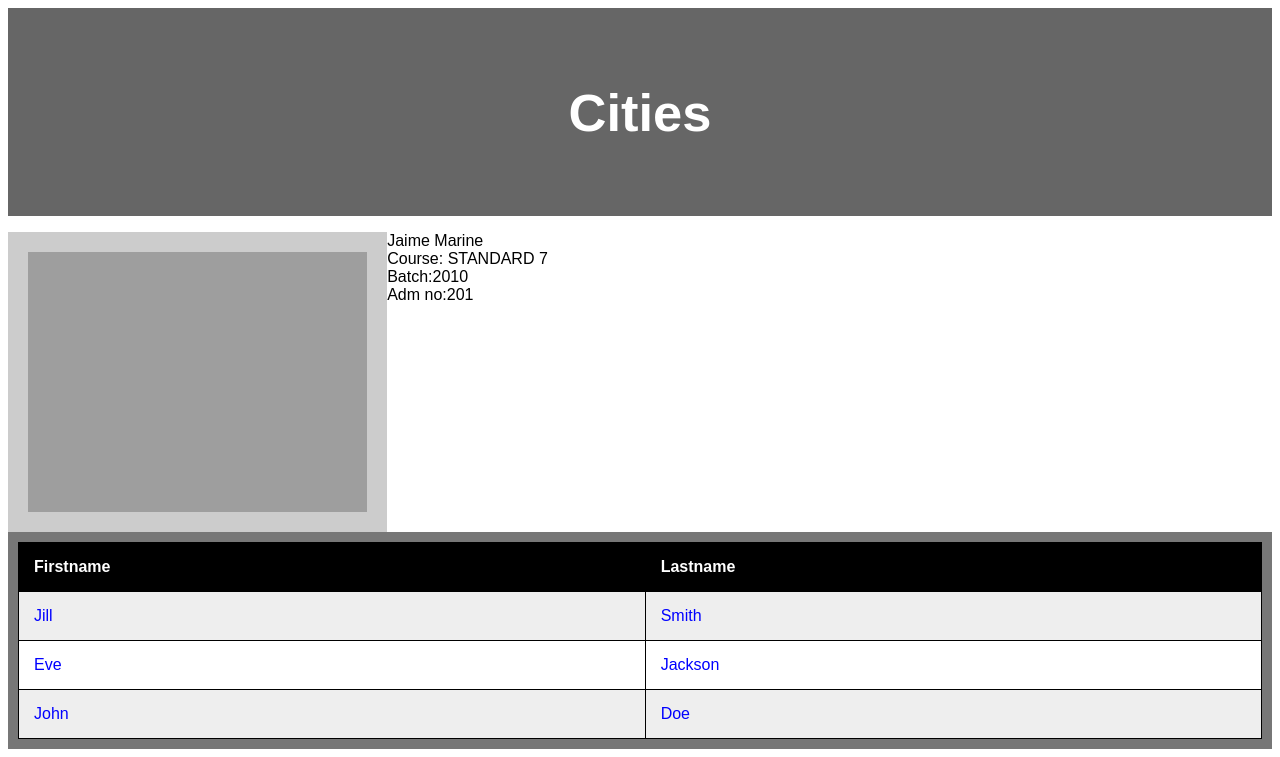
Repository: sandunigayanjali/Library_System
Page: http://localhost/library_management/studentProfile2.jsp
An editor plug-in stored every save of this project. The page is shown before and after the next save, followed by the edit.
The browser window is 1280 px wide. The pictures show the whole page.
Pictures or frames that could not be fetched are drawn as grey boxes. The page is served by Tomcat 9.

Above is the page before, as saved 2018-11-23 15:13:43.

After the next save:
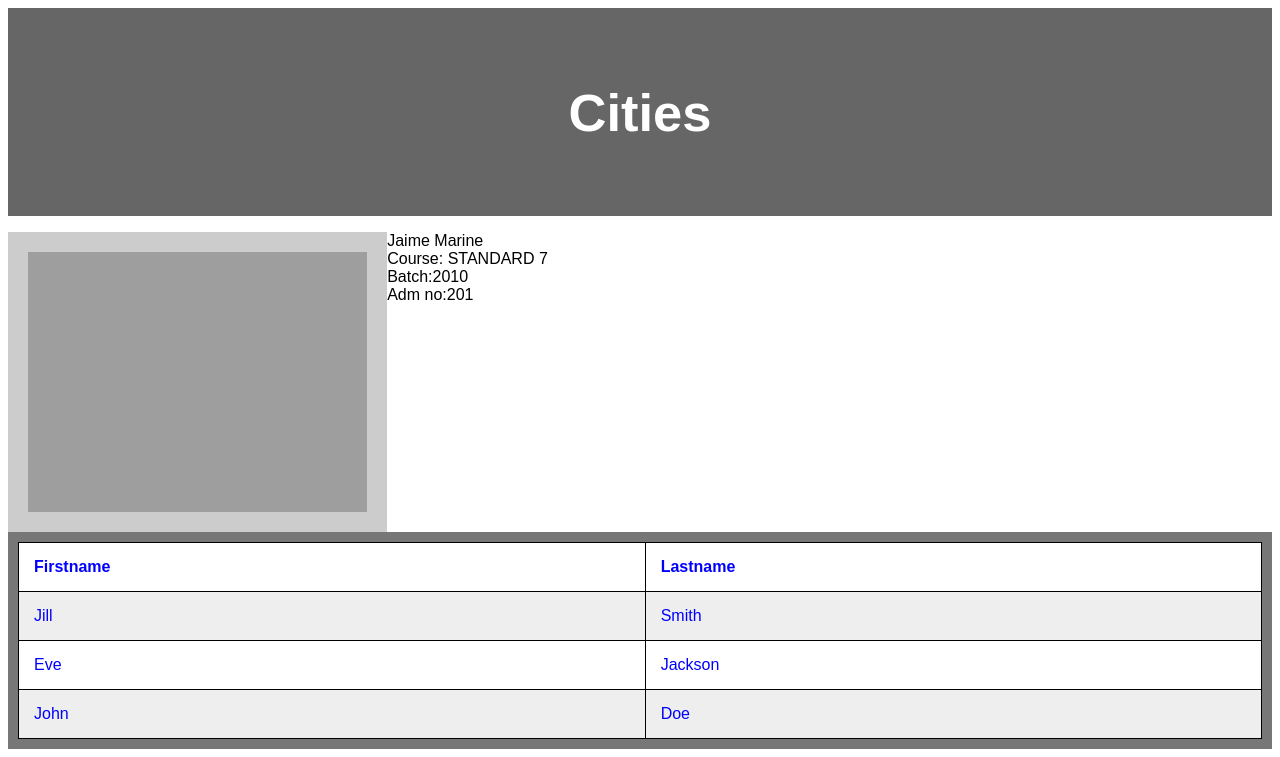
Saved 2 min 55 s later.
--- a/library management/WebContent/studentProfile2.jsp
+++ b/library management/WebContent/studentProfile2.jsp
@@ -88,10 +88,6 @@ table#t01 tr:nth-child(even) {
 table#t01 tr:nth-child(odd) {
    background-color: #fff;
 }
-table#t01 th {
-    background-color: black;
-    color: white;
-}
 
 </style>
 
